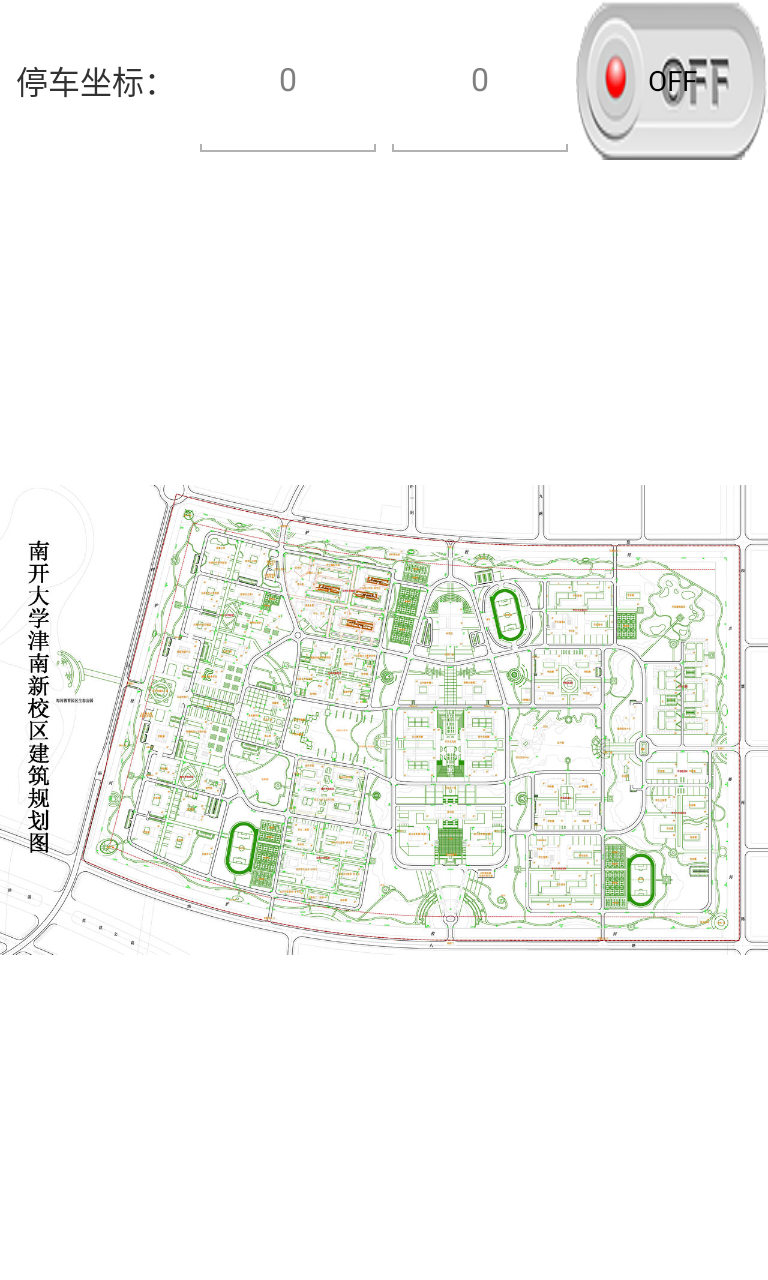
Repository: CovaWang/temporary_embedded
Layout: 7#车联·共享单车/代码/代码/res/layout/compass.xml
An editor plug-in stored every save of this project. The layout is shown before and after the next save, followed by the edit.
It is drawn on a 768 x 1280 px phone screen (xhdpi) without system bars, with theme AppTheme; the app's code is not run.

Above is the layout before, as saved 2024-04-24 11:14:24.

### 7#车联·共享单车/代码/代码/res/layout/compass.xml
<?xml version="1.0" encoding="utf-8"?>
<LinearLayout xmlns:android="http://schemas.android.com/apk/res/android"
    android:layout_width="fill_parent"
    android:layout_height="match_parent"
    android:orientation="vertical" >

    <LinearLayout
       	android:layout_width="match_parent"
       	android:layout_height="match_parent"
       	android:orientation="horizontal"
		android:layout_weight="7">
	    <TextView
			android:layout_width="match_parent"
			android:layout_height="match_parent"
			android:gravity="center"
			android:text="停车坐标："
			android:textSize="16dp"
			android:layout_weight="1" />

	    <EditText
	        android:id="@+id/compass_text1"
			android:layout_width="match_parent"
			android:layout_height="match_parent"
			android:gravity="center"
			android:hint="0"
			android:textSize="16sp"
			android:textColor="#8A2BE2"
			android:layout_weight="1" />

	    <EditText
	        android:id="@+id/compass_text2"
			android:layout_width="match_parent"
			android:layout_height="match_parent"
			android:gravity="center"
			android:hint="0"
			android:textSize="16sp"
			android:textColor="#8A2BE2"
			android:layout_weight="1" />

	    <ToggleButton
	        android:id="@+id/compass_Button"
	        android:layout_width="match_parent"
			android:layout_height="match_parent"
			android:gravity="center"
	        android:background="@drawable/toggle_btn_bg_selector"
	        android:layout_weight="1"  />

   </LinearLayout>

    <ImageView
        android:id="@+id/compass_img"
        android:layout_width="match_parent"
        android:layout_height="match_parent"
        android:layout_gravity="center"
        android:src="@drawable/map"
        android:layout_weight="1" />

</LinearLayout>

### 7#车联·共享单车/代码/代码/res/values/styles.xml
<resources>

    <!--
        Base application theme, dependent on API level. This theme is replaced
        by AppBaseTheme from res/values-vXX/styles.xml on newer devices.

    -->
    <style name="AppBaseTheme" parent="android:Theme.Light">
        <!--
            Theme customizations available in newer API levels can go in
            res/values-vXX/styles.xml, while customizations related to
            backward-compatibility can go here.

        -->
    </style>

    <!-- Application theme. -->
    <style name="AppTheme" parent="AppBaseTheme">
        <!-- All customizations that are NOT specific to a particular API-level can go here. -->
    </style>
    <!-- 高宽都包裹内容 -->
    <style name="wrapcontent">
        <item name="android:layout_width">wrap_content</item>
        <item name="android:layout_height">wrap_content</item>
    </style>

    <!-- 自定义对话框样式 -->
    <style name="dialog_custom" parent="android:style/Theme.Dialog">
        <item name="android:windowFrame">@null</item>
        <item name="android:windowNoTitle">true</item>
        <item name="android:background">#00000000</item>
        <item name="android:windowBackground">@android:color/transparent</item>
    </style>
    <!-- TextView 16sp样式 -->
    <style name="textview16sp" parent="wrapcontent">
        <item name="android:textSize">16sp</item>
        <item name="android:gravity">center_vertical</item>
    </style>

    <!-- TextView 14sp样式 -->
    <style name="textview12sp" parent="wrapcontent">
        <item name="android:textSize">12sp</item>
        <item name="android:gravity">center_vertical</item>
    </style>
    <!-- TextView 14sp样式 -->
    <style name="textview14sp" parent="wrapcontent">
        <item name="android:textSize">14sp</item>
        <item name="android:gravity">center_vertical</item>
    </style>

    <!-- 宽度为0dp,高度为包裹内容，权重为1 -->
    <style name="zero_widthwrapcontent">
        <item name="android:layout_width">0dp</item>
        <item name="android:layout_height">wrap_content</item>
        <item name="android:layout_weight">1</item>
    </style>

    <!-- 黄色14sp,图片间距为5dp的textview -->
    <style name="tvyellow14sp" parent="zero_widthwrapcontent">
        <item name="android:textSize">14sp</item>
        <item name="android:drawablePadding">3dp</item>
        <item name="android:gravity">center</item>
        <item name="android:textColor">@color/bright_yellow</item>
    </style>

</resources>

### 7#车联·共享单车/代码/代码/res/drawable/toggle_btn_bg_selector.xml
<?xml version="1.0" encoding="utf-8"?>
<selector xmlns:android="http://schemas.android.com/apk/res/android">

    <item android:drawable="@drawable/swtch_btn_on" android:state_checked="true"/>
    <item android:drawable="@drawable/switch_btn_off" android:state_checked="false"/>

</selector>

Loaded but not shown: 7#车联·共享单车/代码/代码/res/values-v11/styles.xml (common file); 7#车联·共享单车/代码/代码/res/values-v14/styles.xml (common file)

After the next save:
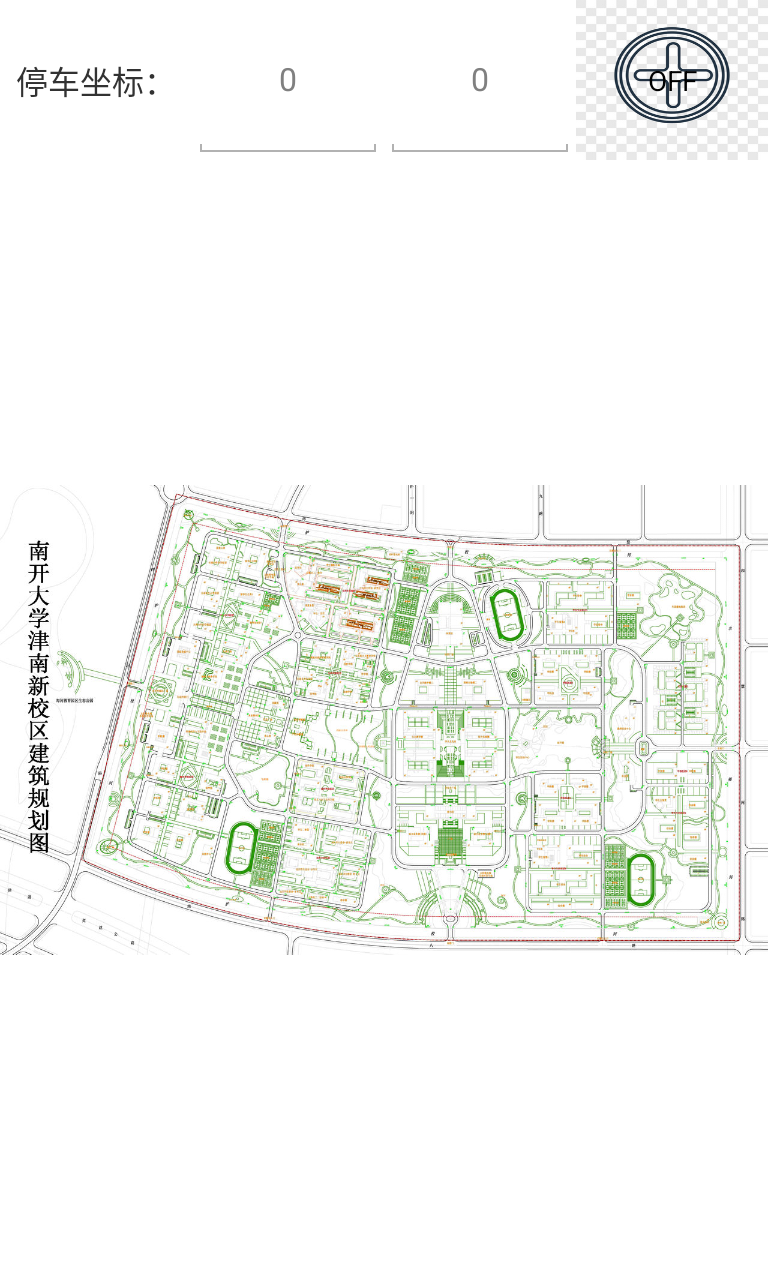
Saved 5 min 46 s later.
--- a/7#车联·共享单车/代码/代码/res/layout/compass.xml
+++ b/7#车联·共享单车/代码/代码/res/layout/compass.xml
@@ -42,7 +42,7 @@
 	        android:layout_width="match_parent"
 			android:layout_height="match_parent"
 			android:gravity="center"
-	        android:background="@drawable/toggle_btn_bg_selector"
+	        android:background="@drawable/map_button"
 	        android:layout_weight="1"  />
 
    </LinearLayout>
